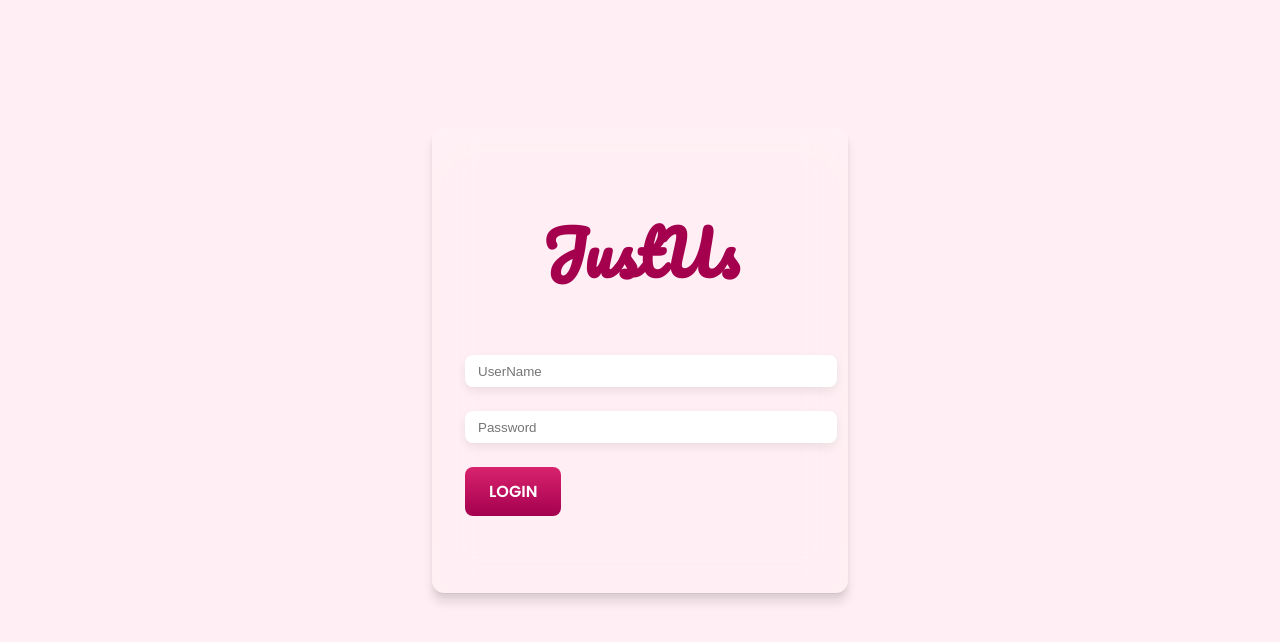
Repository: AfifaNoor/JustUs_ReactJs
Page: /
The author's editor kept a copy of each file at every save. The page is drawn from the files as they stood at one save, then again after the next save.
The browser window is 1280 px wide. The pictures show the whole page.
The pointer rests on the first visible `.btn-login`.
The project was rebuilt for these pictures with package versions that can differ from the ones it lists, and the page was loaded fresh each time.

Above is the page before, as saved 2025-07-14 16:10:18.

### public/index.html
<!DOCTYPE html>
<html lang="en">
  <head>
    <meta charset="utf-8" />
    <link rel="icon" href="%PUBLIC_URL%/favicon.ico" />
    <link href="https://fonts.googleapis.com/css2?family=Poppins:wght@300;400;500;600;700&family=Pacifico&display=swap" rel="stylesheet">
    <meta name="viewport" content="width=device-width, initial-scale=1" />
    <meta name="theme-color" content="#000000" />
    <meta
      name="description"
      content="Web site created using create-react-app"
    />
    <link rel="apple-touch-icon" href="%PUBLIC_URL%/logo192.png" />
    <!--
      manifest.json provides metadata used when your web app is installed on a
      user's mobile device or desktop. See https://developers.google.com/web/fundamentals/web-app-manifest/
    -->
    <link rel="manifest" href="%PUBLIC_URL%/manifest.json" />
    <!--
      Notice the use of %PUBLIC_URL% in the tags above.
      It will be replaced with the URL of the `public` folder during the build.
      Only files inside the `public` folder can be referenced from the HTML.

      Unlike "/favicon.ico" or "favicon.ico", "%PUBLIC_URL%/favicon.ico" will
      work correctly both with client-side routing and a non-root public URL.
      Learn how to configure a non-root public URL by running `npm run build`.
    -->
    <title>Just Us</title>
  </head>
  <body>
    <noscript>You need to enable JavaScript to run this app.</noscript>
    <div id="root"></div>
    <!--
      This HTML file is a template.
      If you open it directly in the browser, you will see an empty page.

      You can add webfonts, meta tags, or analytics to this file.
      The build step will place the bundled scripts into the <body> tag.

      To begin the development, run `npm start` or `yarn start`.
      To create a production bundle, use `npm run build` or `yarn build`.
    -->
  </body>
</html>

### src/App.js
import React from 'react'
import LoginPage from './LoginPage'

const App = () => {
  return (
    <div>
      <LoginPage/>
    </div>
  )
}

export default App

### src/LoginPage.jsx
import React from 'react';
import "./LoginPage.css"

const LoginPage = () => {
  return (
    <div className='login-container'>
      <form className='form-container'>
      <div className='logo'>
        <h1> JustUs </h1>
      </div>
      <input
      className='form-input'
      type='text'
      placeholder='UserName'
      required

      />
      <input
      className='form-input'
      type='password'
      placeholder='Password'
      required

      />
      <div>
        <button className='btn-login'> Login</button>
      </div>

      </form>
    </div>
  )
}

export default LoginPage

### src/LoginPage.css
.login-container {
  width: 100%;
  height: 100vh;
  opacity: 1;
  transform: rotate(0deg);
  display: flex;
  justify-content: center;
  align-items: center;
  /* background: linear-gradient(#FFEFF4, #FDEAEF); */
  background-color: #FFEFF4;
  flex-direction: column;
  position: relative;
  font-family: 'Poppins', sans-serif;


}

h1,h2,h3 {
  color: #A4004E;
  font-weight: 700;

}

.logo {
  font-family: 'Pacifico', cursive;
  font-size: 30px;
  text-align: center;
}

.btn-login {
  background: linear-gradient(180deg, #D9236E 0%, #A4004E 100%);
  color: #ffffff;
  border: none;
  padding: 12px 24px;
  border-radius: 8px;
  font-weight: 600;
  font-size: 16px;
  text-transform: uppercase;
  font-family: 'Poppins', sans-serif;
  margin-bottom: 20px;
  text-align: center;
  cursor: pointer;
  transition: 0.3s ease;
}

.form-container{
    width: 350px;
    height: 400px;
    border-radius: 12px;
    padding: 32px;
    gap:10px;
    flex-direction: column;
    display: flex;
    z-index: 1;
    border: 1px solid transparent;
    border-image-slice: 1;
    -webkit-backdrop-filter: blur(20px);
    backdrop-filter: blur(20px);

    box-shadow:
  0px 10px 10px 0px rgba(0, 0, 0, 0.10),
  0px 4px 4px 0px rgba(0, 0, 0, 0.05),
  0px 1px 0px 0px rgba(0, 0, 0, 0.05),
  inset 0px 20px 50px 0px rgba(255, 255, 255, 0.15);
}

.form-input{
    width: 350px;
    height: 20px;
    min-width: 140px;
    max-width: 500px;
    transform: rotate(0deg);
    opacity: 1;
    border-radius: 8px;
    border-width: 1px;
    padding: 5px 8px 5px 12px;
    gap: 8px;
    margin-bottom: 14px;
    border: 1px solid transparent;
    -webkit-backdrop-filter: blur(20px);
    backdrop-filter: blur(20px);
    box-shadow: 0 4px 10px rgba(0,0,0,0.08);
    cursor: pointer;



}

Loaded but not shown: src/index.js (common file); src/index.css (common file); src/reportWebVitals.js (common file); public/manifest.json (common file)

After the next save:
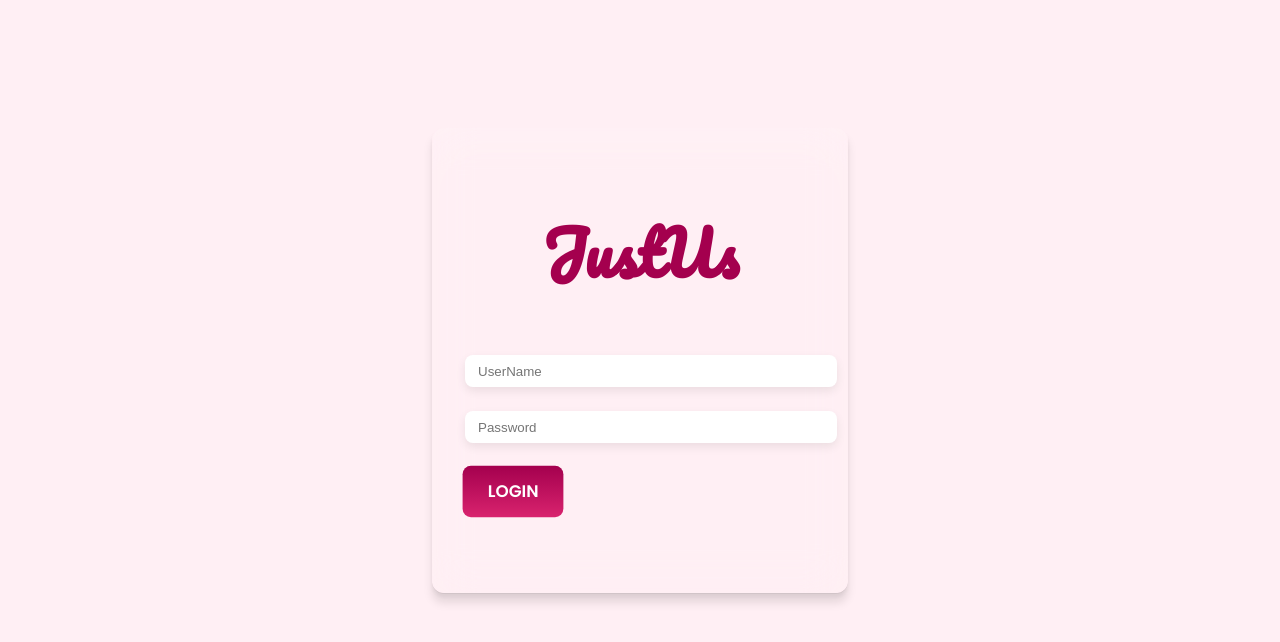
Saved 9 s later.
--- a/src/LoginPage.css
+++ b/src/LoginPage.css
@@ -43,6 +43,11 @@
   transition: 0.3s ease;
 }
 
+.btn-login:hover {
+  transform: scale(1.05);
+  background: linear-gradient(180deg, #A4004E 0%, #D9236E 100%);
+}
+
 .form-container{
     width: 350px;
     height: 400px;
